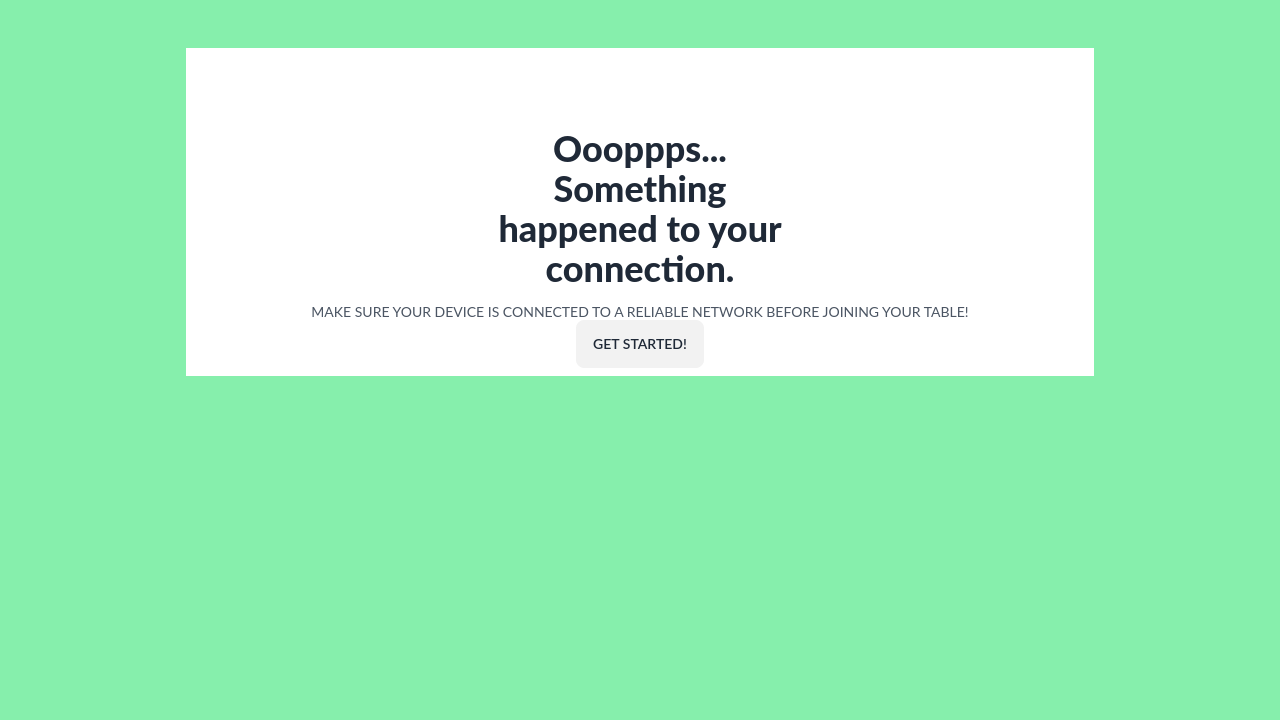
Repository: bitepay/bitepay-xyz
Page: /disconnected
These files come from the project's save history. The page is drawn as it stood at one moment and after the next save; the edit follows.
The browser window is 1280 px wide. The pictures show the whole page.
The page's requests for data from a server got no answer. The project was rebuilt for these pictures with package versions that can differ from the ones it lists, and the page was loaded fresh each time. The framework's server and built-in components were replaced by stand-ins that run in the browser. No one was signed in, and anything a server would have sent is missing. Also part of the build but not shown: next.config.js.

Above is the page before, as saved 2023-07-16 09:24:05.

### src/pages/_app.js
import '@/styles/globals.css';
import { UserSocketProvider } from '@/context/UserSocketContext';
import { Analytics } from '@vercel/analytics/react';


export default function App({ Component, pageProps }) {


  return (
    <UserSocketProvider>
      <Component {...pageProps} />
      <Analytics />
    </UserSocketProvider>
  )
}

### src/pages/disconnected.js
import Head from "next/head";

import { Inter } from 'next/font/google'

import { JoinTable } from '@/components/JoinTable'

const inter = Inter({ subsets: ['latin'] })

export default function Disconnected() {
  return (
    <>
      <Head>
        <title>BitePay - Disconnected</title>
        <meta name="description" content="The fastest and easiest way to divvy up the dining bill between your friends."></meta>
      </Head>
      <main
        className={`flex min-h-screen flex-col items-center justify-between p-12 ${inter.className} bg-green-300`}
      >
        <div className="pb-16" style={{ fontFamily: '"Lato", sans-serif' }}>

          <section className="max-w-8xl mx-auto container bg-white pt-16">
            <div>
              <div role="contentinfo" className="flex items-center flex-col px-4 justify-center">
                <hh1 tabIndex={0} className="focus:outline-none text-4xl lg:text-4xl font-extrabold text-center leading-10 text-gray-800 lg:w-5/12 md:w-9/12 p-4">Oooppps... Something happened to your connection.</hh1>
                <p tabIndex={0} className="focus:outline-none uppercase text-sm text-center text-gray-600 leading-4">Make sure your device is connected to a reliable network before joining your table!</p>
              </div>
              <div className="flex justify-center pb-2">
                <JoinTable />
              </div>
            </div>
          </section>
        </div>
      </main>
    </>
  )
}

### src/context/UserSocketContext.js
"use client"
import React, { createContext, useEffect, useState, useContext } from 'react'
import { io } from 'socket.io-client'

// Create a new context
const UserSocketContext = createContext({})

// Custom context provider component
export const UserSocketProvider = ({ children }) => {

  const [socket, setSocket] = useState(null)

  const [user, setUser] = useState({
    id: '',
    username: '',
    tableID: 0,
    myItems: [],
    tip: 15,
    total: 0,
    status: 'PROCESSING',
  })

  const [tableMembers, setTableMembers] = useState([]);

  // Establish the Socket.IO connection when the component mounts
  useEffect(() => {

    const socket = io('https://socket.bitepay.xyz', {
      transports: ['websocket'],
      closeOnBeforeunload: false,
      withCredentials: true,
    })

    setSocket(socket)

    socket.on('connect', () => {
      console.log('Successfully connected to the ws server!')
    })

    // set user id to the websocket id
    socket.on('setId', (data) => setUser((prevUser) => {
      prevUser.id = data
      return prevUser;
    }));

    // listen to events from ws server regarding members of the table
    socket.on('tableMembers', (data) => setTableMembers((prevTableMembers) => { return [...data.slice()] }));

    // listen to events from ws server regarding updates to tableMembers
    socket.on('tableMemberUpdate', (data) => {

      if (data.id === user.id) {
        setUser((prevUser) => {
          prevUser.myItems = data.myItems;
          prevUser.tip = data.tip;
          prevUser.total = data.total;
          prevUser.status = data.status;
          return prevUser;
        })
      }

      setTableMembers((prevTableMembers) => {
        return prevTableMembers.map((member) => {
          if (member.id === data.id) {
            member.myItems = data.myItems
            member.tip = data.tip
            member.total = data.total
            member.status = data.status
            return member
          } else {
            return member
          }
        })
      })
    });

    // listen to events from ws server regarding members leaving the table
    socket.on('userLeft', (data) => {
      setTableMembers((prevTableMembers) => {
        return prevTableMembers.filter((member) => {
          return member.id !== data.id
        })
      })
    });

    socket.on('disconnect', () => {
      console.log('Disconnected from the ws server!')
      alert('Your real-time connection was interrupted. Please make sure you have are connected to a reliable network before re-joining your friends.')
      window.location.replace('/disconnected')
    })

    // Clean up the socket connection when the component unmounts
    return () => {
      socket.off('connect')
      socket.off('setId')
      socket.off('tableMembers')
      socket.off('tableMemberUpdate')
      socket.off('userLeft')
      socket.disconnect()
    }
  }, [user.id])

  // Provide the socket object to the child components
  return (
    <UserSocketContext.Provider value={{socket, user, setUser, tableMembers, setTableMembers}}>
      {children}
    </UserSocketContext.Provider>
  );
};

// Export the SocketContext
export default UserSocketContext

// Export a custom hook that can be used to consume this context
export const useUserSocketContext = () => useContext(UserSocketContext);

### src/components/JoinTable.jsx
"use client"

/* eslint-disable @next/next/no-img-element */
import { useRouter } from 'next/router'
import { useUserSocketContext } from '@/context/UserSocketContext'

export const JoinTable = () => {
  const router = useRouter()

  const { user, setUser } = useUserSocketContext()
  // console.log(`Current user object: ${JSON.stringify(user)}`)

  const handleInput = (e) => {
    if (e.target.id == "userName") {
      setUser((prevUser) => ({ ...prevUser, username: e.target.value }))
      // console.log(`userName: ${JSON.stringify(user.username)}`)
    } else if (e.target.id == "tableID") {
      setUser((prevUser) => ({ ...prevUser, tableID: e.target.value }))
      // console.log(`userName: ${JSON.stringify(user.tableID)}`)
    }
  }

  const handleSubmit = (e) => {
    e.preventDefault();
    router.push(`/table`);
  };

  const generateUID = (e) => {
    e.preventDefault()
    let UID = Math.ceil(Math.random()*1000000000)
    setUser({...user, tableID: UID});
  }

  return (
    <>
      <button className="btn mx-auto" onClick={()=>window.my_modal_5.showModal()}>GET STARTED!</button>
      <dialog id="my_modal_5" className="modal modal-bottom sm:modal-middle">
        <form method="dialog" className="modal-box">
          <h3 className="font-bold text-lg text-center">Join your mates or create a new table!</h3>
          <div className="flex flex-col">
            <div className="form-control">
              <label className="label">
                <span className="label-text">Have your mates know who you are. It helps with the app&apos;s proprietary honor system!</span>
              </label>
              <label className="input-group">
                <span>Name</span>
                <input id="userName" type="text" placeholder="Don't be that guy" value={user.username} className="input input-bordered" onChange={(e) => handleInput(e)}/>
              </label>
              <label className="label">
                <span className="label-text">Provide the tableID your friends are in or generate a new tableID using the green button below!</span>
              </label>
              <label className="input-group">
                <span>Table ID</span>
                <input id="tableID" type="number" placeholder="0000000" className="input input-bordered" value={user.tableID} onChange={(e) => handleInput(e)}/>
                <button className="btn btn-square" onClick={generateUID}>
                  <img width="48" height="48" src="https://img.icons8.com/fluency/48/connection-sync.png" alt="connection-sync"/>
                </button>
              </label>
            </div>
          </div>
          <div className="modal-action">
            <button className="btn" onClick={handleSubmit}>JOIN!</button>
            <button className="btn">Close</button>
          </div>
        </form>
      </dialog>
    </>
  )
}

### tailwind.config.js
/** @type {import('tailwindcss').Config} */
module.exports = {
  content: [
    './src/pages/**/*.{js,ts,jsx,tsx,mdx}',
    './src/components/**/*.{js,ts,jsx,tsx,mdx}',
    './src/app/**/*.{js,ts,jsx,tsx,mdx}',
  ],
  theme: {
    extend: {
      backgroundImage: {
        'gradient-radial': 'radial-gradient(var(--tw-gradient-stops))',
        'gradient-conic':
          'conic-gradient(from 180deg at 50% 50%, var(--tw-gradient-stops))',
      },
    },
  },
  daisyui: {
    themes: [
      "light",
      "dark"
    ],
  },
  plugins: [require("daisyui")],
}

Loaded but not shown: src/pages/_document.js (common file); src/styles/globals.css (common file)

After the next save:
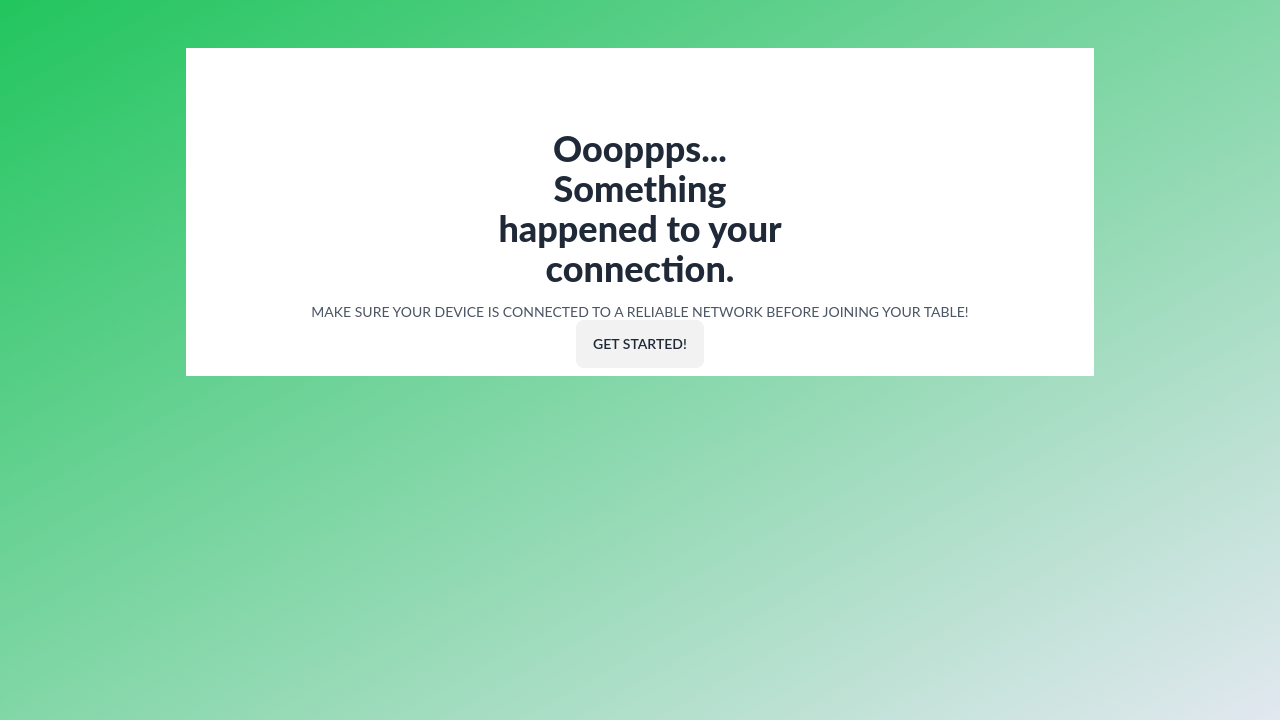
Saved 42 s later.
--- a/src/pages/disconnected.js
+++ b/src/pages/disconnected.js
@@ -14,7 +14,7 @@
         <meta name="description" content="The fastest and easiest way to divvy up the dining bill between your friends."></meta>
       </Head>
       <main
-        className={`flex min-h-screen flex-col items-center justify-between p-12 ${inter.className} bg-green-300`}
+        className={`flex min-h-screen flex-col items-center justify-between p-12 ${inter.className} bg-gradient-to-tl from-slate-200 to-green-500`}
       >
         <div className="pb-16" style={{ fontFamily: '"Lato", sans-serif' }}>
 
